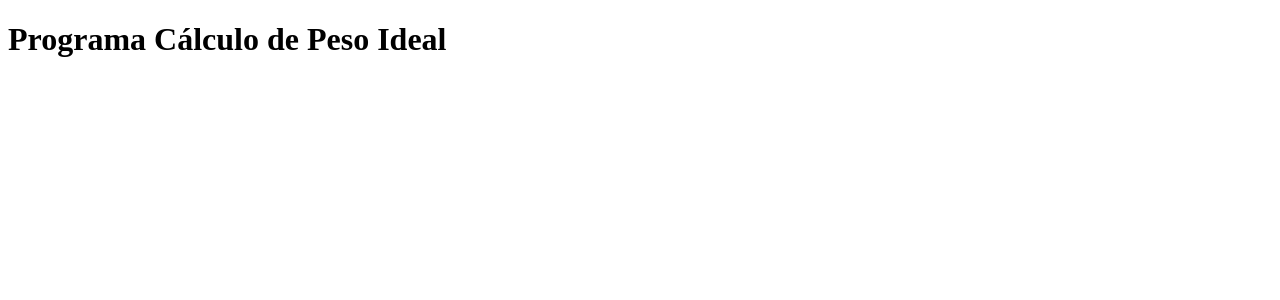
Repository: JhonMercedes/Javascript-book
Page: cap3/ex3_2.html
These files come from the project's save history. The page is drawn as it stood at one moment and after the next save; the edit follows.
The browser window is 1280 px wide. The pictures show the whole page.

Above is the page before, as saved 2021-12-11 23:22:46.

After the next save:
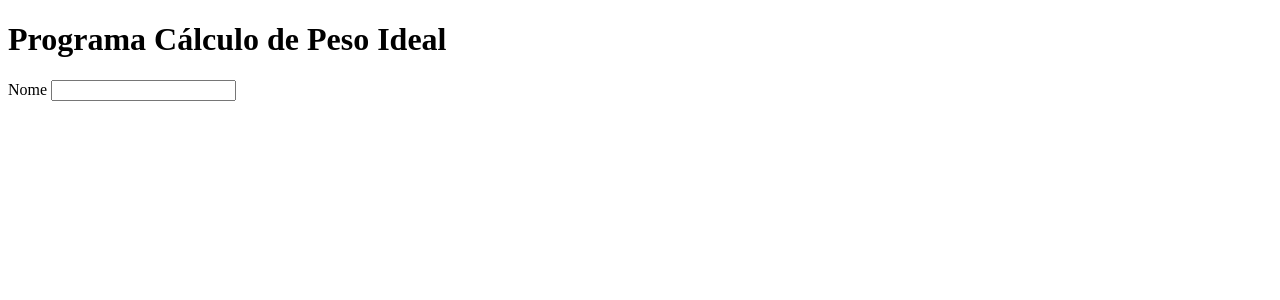
Saved 42 s later.
--- a/cap3/ex3_2.html
+++ b/cap3/ex3_2.html
@@ -9,6 +9,9 @@
 <body>
 
     <h1>Programa Cálculo de Peso Ideal</h1>
+    <p>Nome
+        <input type="text" id="inNome">
+    </p>
 
 </body>
 </html>
